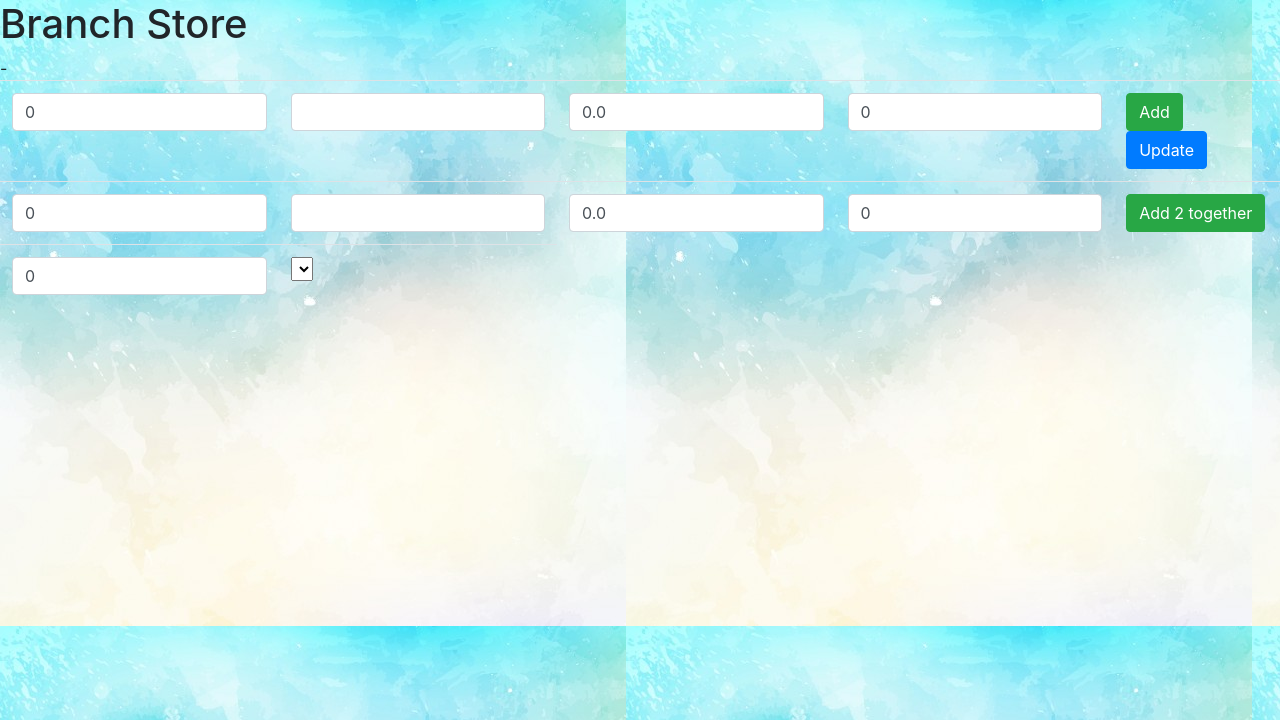
Repository: zhenyan02/HW_Projects
Page: http://localhost/bookStore/BranchWeb.jsp
An editor plug-in stored every save of this project. The page is shown before and after the next save, followed by the edit.
The browser window is 1280 px wide. The pictures show the whole page.
The page is served by Tomcat 9. Queries for data that is not in the repository find no rows.

Above is the page before, as saved 2018-11-26 02:01:41.

After the next save:
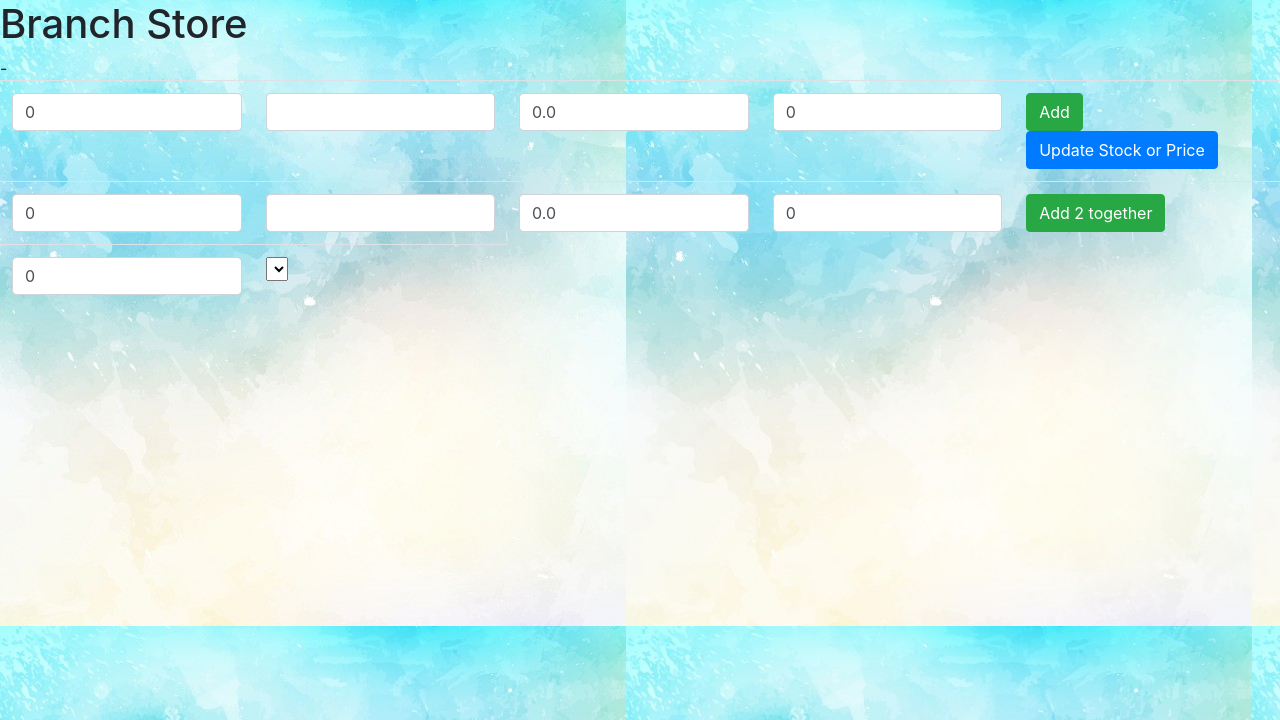
Saved 2 min 3 s later.
--- a/582_Final Project_JavaScript/bookStore/WebContent/BranchWeb.jsp
+++ b/582_Final Project_JavaScript/bookStore/WebContent/BranchWeb.jsp
@@ -82,7 +82,7 @@
 					Add
 				</button>
 				<button class="btn btn-primary" name="action" value="update">
-					Update
+					Update Stock or Price
 				</button>
 			</td>
 		</tr>
